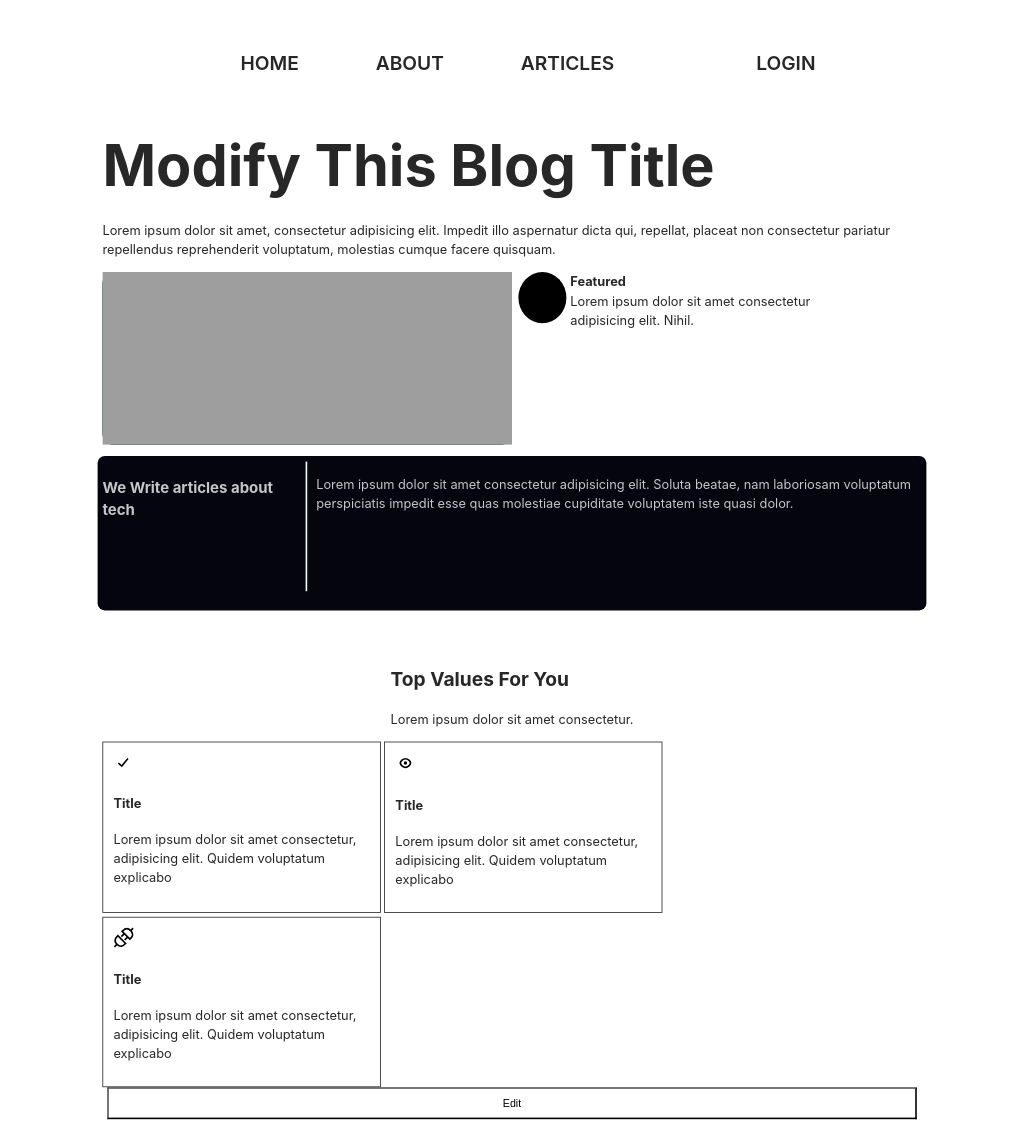
Repository: ValGrace/-static-site
Page: /home (app in client/)
An editor plug-in stored every save of this project. The page is shown before and after the next save, followed by the edit.
The browser window is 1280 px wide. The pictures show the whole page, at 80% of full size.
Pictures or frames that could not be fetched are drawn as grey boxes. The project was rebuilt for these pictures with package versions that can differ from the ones it lists, and the page was loaded fresh each time. Also part of the build but not shown: client/vite.config.js, client/src/Utils/appwrite.js, client/src/Components/Login.jsx, client/src/Components/Signup.jsx, client/src/Components/InfoPage.css, client/src/Pages/aboutPage.jsx, client/src/Pages/Articles.jsx.

Above is the page before, as saved 2023-02-13 05:43:16.

### client/src/main.jsx
import React from 'react'
import ReactDOM from 'react-dom/client'
import App from './App'
import './index.css'
import { BrowserRouter } from 'react-router-dom'
ReactDOM.createRoot(document.getElementById('root')).render(
  <React.StrictMode>
    <BrowserRouter>
    <App />
    </BrowserRouter>
  </React.StrictMode>,
)

### client/src/App.jsx
import PageRouter from './Routing/PageRouter'
import './App.css'

function App() {


  return (
    <div className="App">
      <PageRouter />
    </div>
  )
}

export default App

### client/src/index.css
:root {
  font-family: Inter, system-ui, Avenir, Helvetica, Arial, sans-serif;
  line-height: 1.5;
  font-weight: 400;

  color-scheme: light dark;
  color: rgba(7, 7, 7, 0.87);
  background-color: #ffffff;

  font-synthesis: none;
  text-rendering: optimizeLegibility;
  -webkit-font-smoothing: antialiased;
  -moz-osx-font-smoothing: grayscale;
  -webkit-text-size-adjust: 100%;
}

/* a {
  font-weight: 500;
  color: #646cff;
  text-decoration: inherit;
}
a:hover {
  color: #535bf2;
}

body {
  margin: 0;
  display: flex;
  place-items: center;
  min-width: 320px;
  min-height: 100vh;
}

h1 {
  font-size: 3.2em;
  line-height: 1.1;
}

button {
  border-radius: 8px;
  border: 1px solid transparent;
  padding: 0.6em 1.2em;
  font-size: 1em;
  font-weight: 500;
  font-family: inherit;
  background-color: #1a1a1a;
  cursor: pointer;
  transition: border-color 0.25s;
}
button:hover {
  border-color: #646cff;
}
button:focus,
button:focus-visible {
  outline: 4px auto -webkit-focus-ring-color;
}

@media (prefers-color-scheme: light) {
  :root {
    color: #213547;
    background-color: #ffffff;
  }
  a:hover {
    color: #747bff;
  }
  button {
    background-color: #f9f9f9;
  }
} */

### client/src/Routing/PageRouter.jsx
import Dashboard from "../Pages/Dashboard";
import HomePage from "../Pages/HomePage";
import { Routes, Route} from "react-router-dom"
import AboutPage from "../Pages/aboutPage";
import Articles from "../Pages/Articles";
const PageRouter = () => {
    return (
        <Routes>
            <Route path="/" element={<Dashboard />} />
            <Route path="/home" element={<HomePage />} />
            <Route path="/about" element={<AboutPage />} />
            <Route path="/articles" element={<Articles />} />

        </Routes>
    )
}

export default PageRouter

### client/src/App.css
.App {
  display: flex;
  flex-direction: column;
  justify-content: center;
  align-items: center;
}

### client/src/Pages/Dashboard.jsx
import React, { useReducer} from 'react'
import Login from '../Components/Login'
import Signup from '../Components/Signup'
import "../Components/Inputs.css"
const initialState = {page : <Login />}
function reducer(state, action) {
    switch(action.type) {
        case 'loginpage':
          return { page: <Login />}
        case 'signuppage':
            return { page: <Signup />}
        default:
            return { page: <h2>Loading....</h2>}
    }
}
const Dashboard = () => {
    const [state, dispatch] = useReducer(reducer, initialState)
    return (
        <div className='dashboard'>
         <h2>Static Site Generator</h2>
         <div>Static site Image</div>
         <div className='dash' id='dash'>
            <div className='toggleForms'>
                <button onClick={() => dispatch({type: 'loginpage'})} className="type-btn">Login</button>
                <button onClick={() => dispatch({type: 'signuppage'})} className="type-btn">Signup</button>
                </div>
            <React.Fragment>{state.page}</React.Fragment>

            <button id="auth-btns">Login with Github account</button>
            <button id="auth-btns">Login with Google account</button>
         </div>
       </div>
    )
}

export default Dashboard

### client/src/Pages/HomePage.jsx
import { useState, useEffect } from "react"
import Navbar from "../Components/Navbar"

import HomeSection from "../Components/HomeSection"
import TopSection from "../Components/TopSection"
import { HomeContext } from "../MdFiles/MdFileContext"

const HomePage = () => {
    const [markdown, setMarkdown] = useState(HomeContext)
    // useEffect(() => {
    //     fetch(HomeContext)
    //        .then((res) => res.text())
    //        .then((text) => setMarkdown(text))
    // })
    const [editor, setEditor] = useState(false)
    const editMdFile =(event) => {
        setMarkdown(event.target.value)
    }

    const viewEditor = () => {
       setEditor(true)
    }
    return (
        <>
         <Navbar />
         <TopSection />
         <HomeSection />
         <button onClick={viewEditor}>Edit</button>
         {editor &&
         <div className="md-edit">
            <textarea value={markdown} onChange={editMdFile} />
            {/* <ReactMarkdown>`${markdown}`</ReactMarkdown>  */}
            <div className="md-btns">
                <button id="md-btn" onClick={() => setEditor(false)}>Cancel</button>
                <button id="md-btn">Save</button>
            </div>
         </div>
}
        </>
    )
}

export default HomePage

### client/src/Components/Inputs.css
form, #dash {
    width: 80vw;
}
.signupForm, .dash, .dashboard {
   display: flex;
   flex-direction: column;
   justify-content: center;
   align-items: center;
   gap: 0.8em;
}

input, button {
    width: 80%;
    height: 3em;
    background-color: transparent;
    color: black;
}

#sign {
   width: 40vw;
}

.toggleForms {
    display: grid;
    grid-template-columns: 50% 50%;
    gap: 0.4em;
    justify-content: center;
    align-items: center;
}

.type-btn {
    background-color: rgb(2, 2, 133);
    border: none;
    width: 20vw;
    border-radius: 8px;
    text-transform: uppercase;
    color: aliceblue;
    font-weight: 700;
}

.type-btn:hover {
   background-color: rgb(1, 1, 22);
}

#auth-btns {
    text-transform: uppercase;
    font-weight: 700;
}

### client/src/Components/Navbar.jsx
import { useState } from "react"
import {HiBars3BottomLeft} from 'react-icons/hi2'
import { FaTimes} from 'react-icons/fa'
import "./Navbar.css"
const Navbar = () => {
    const [clickbar, setClickbar] = useState(false)
    return (
           <>


        <nav id="bar" onClick={()=>setClickbar
        (!clickbar)}>{clickbar ? <>
           <FaTimes size="2em"/>

            <ul>
                <li>home</li>
                <li>about</li>
                <li>articles</li>
                <li>Login</li>
            </ul>

        </>: <HiBars3BottomLeft size="2em"/>}
        </nav>

        <nav id="pages">
        <ul>
                <li>home</li>
                <li>about</li>
                <li>articles</li>
            </ul>
            <ul>
                <li>Login</li>
            </ul>

</nav>
        </>
    )
}

export default Navbar

### client/src/Components/HomeSection.jsx
import { GrAction, GrFormView, GrFormCheckmark} from 'react-icons/gr'
const HomeSection = () => {
   return (
    <>
    <div>
    <h2>Top Values For You</h2>
    <p>Lorem ipsum dolor sit amet consectetur.</p>
    </div>
    <div className="value-section">
        <div className="single-value">
            <div id="icon-section">
                <GrFormCheckmark size="1.5em" color='green' />
            </div>
            <h4>Title</h4>
            <p>Lorem ipsum dolor sit amet consectetur, adipisicing elit. Quidem voluptatum explicabo</p>
        </div>
        <div className="single-value">
            <div id="icon-section">
                <GrFormView size="1.6em" color='green' />
            </div>
            <h4>Title</h4>
            <p>Lorem ipsum dolor sit amet consectetur, adipisicing elit. Quidem voluptatum explicabo</p>
        </div>
        <div className="single-value">
            <div id="icon-section">
                <GrAction size="1.6em" color='green'/>
            </div>
            <h4>Title</h4>
            <p>Lorem ipsum dolor sit amet consectetur, adipisicing elit. Quidem voluptatum explicabo</p>
        </div>
    </div>
    </>
   )
}

export default HomeSection

### client/src/Components/TopSection.jsx
const TopSection = () => {
    return (
      <>
      <div className="top-text" id="top-text">
      <h2>Modify this blog title</h2>
      <p>Lorem ipsum dolor sit amet, consectetur adipisicing elit. Impedit illo aspernatur dicta qui, repellat, placeat non consectetur pariatur repellendus reprehenderit voluptatum, molestias cumque facere quisquam.</p>
      </div>
      <div className="head-section">
        <div className="head-img">
            <img src="https://images.pexels.com/photos/577585/pexels-photo-577585.jpeg?auto=compress&cs=tinysrgb&w=1260&h=750&dpr=1" alt="sec-photo" />
        </div>
        <div className="side-section">
            <div className="side-img">
                <img src="" alt=""/>
            </div>
            <div className="side-blogs">
                <h4>Featured</h4>
                <p>Lorem ipsum dolor sit amet consectetur adipisicing elit. Nihil.</p>
            </div>
        </div>
      </div>
      <div className="site-descr">
        <h3>We Write articles about tech</h3>
        <div className="site-sep"></div>
        <p>Lorem ipsum dolor sit amet consectetur adipisicing elit. Soluta beatae, nam laboriosam voluptatum perspiciatis impedit esse quas molestiae cupiditate voluptatem iste quasi dolor.</p>
      </div>
      </>
    )
}

export default TopSection

### client/src/MdFiles/MdFileContext.js


export const HomeContext = `
---
title: Modify this Blog Title
side-blog-title: Title
content: Lorem ipsum dolor sit amet consectetur adipisicing elit. Soluta beatae, nam laboriosam voluptatum perspiciatis impedit esse quas molestiae cupiditate voluptatem iste quasi dolor.
---
Lorem ipsum dolor sit amet, consectetur adipisicing elit. Impedit illo aspernatur dicta qui, repellat, placeat non consectetur pariatur repellendus reprehenderit voluptatum, molestias cumque facere quisquam.

## Top Values For You
### Lorem ipsum dolor sit amet consectetur

### Title
Lorem ipsum dolor sit amet consectetur, adipisicing elit. Quidem voluptatum explicabo aspernatur sequi asperiores exercitationem ea nemo impedit corrupti officiis?

### Title
Lorem ipsum dolor sit amet consectetur, adipisicing elit. Quidem voluptatum explicabo aspernatur sequi asperiores exercitationem ea nemo impedit corrupti officiis?

### Title
Lorem ipsum dolor sit amet consectetur, adipisicing elit. Quidem voluptatum explicabo aspernatur sequi asperiores exercitationem ea nemo impedit corrupti officiis?`

### client/src/Components/Navbar.css
nav {
    width: 70vw;
    height: 20vh;
    display: flex;
}

nav > ul{
  display: flex;
  flex-direction: row;
  text-transform: uppercase;
  list-style-type: none;
  justify-content: center;
  align-items: center;
  gap: 4em;
  font-weight: 600;
  font-size: 1.5rem;
  flex-grow: 1;
}

#top-text {
    width: 80vw;
}

#top-text > h2 {
    font-size: 4.5rem;
    text-transform: capitalize;
    margin: 0;
    /* float: left; */
}

#top-text > p {
    float: right;

}

.head-section {
    display: flex;
    width: 80vw;
    gap: 0.5em;
    flex-wrap: wrap;
}

.head-img {
    background-color: rgb(1, 51, 51);
    width: 50%;
    border-radius: 0.9em;
    height: 30vh;
}

.head-img > img {
    width: 100%;
    height: 100%;
}

.side-section {
    display: flex;
    flex-direction: row;
    gap: 0.3rem;
    width: 40%;
}

.side-img {
    background-color: black;
    width: 5rem;
    height: 4rem;
    border-radius: 50%;
}

.side-blogs > h4, .side-blogs > p {
    margin: 0;
}

.site-descr {
    width: 80vw;
    background-color: rgba(1, 1, 12, 0.979);
    color: rgba(255, 255, 255, 0.767);
    border-radius: 9px;
    margin-top: 0.9rem;
    display: flex;
    /* gap: 0.4rem; */
    padding: 0.4rem;
    height: 25vh;
    margin-bottom: 3em;
}

#pages > ul {

    flex-direction: column;
}

.site-descr > p {
    width: 75%;
}
.site-sep {
    width: 0.1rem;
    height: 90%;
    background-color: azure;
    margin-right: 0.7rem;
}


.value-section {
   width: 80vw;
    display: flex;
    gap: 0.3rem;
    flex-wrap: wrap;
}

.single-value {
    border: 0.9px solid rgba(0, 0, 0, 0.87);
    padding: 0.8em;
    width: 20rem;
}

@media screen and (min-width: 1200px) {
    #bar {
      display: none;
    }
    #pages > ul{
        flex-direction: row;
    }

  }

@media screen and (max-width: 1200px) {
    #pages {
      display: none;
    }
   #bar {
        flex-direction: column;

    }
    #bar > ul {
        flex-direction: column;
        gap: 2em;
        background-color: rgba(255, 255, 255, 0.979);
        color: rgb(2, 6, 56);
        width: 90vw;
        height: 70vh;
        position: absolute;
        top: 0;
        right: 0;
    }
}

Loaded but not shown: client/index.html (common file)

After the next save:
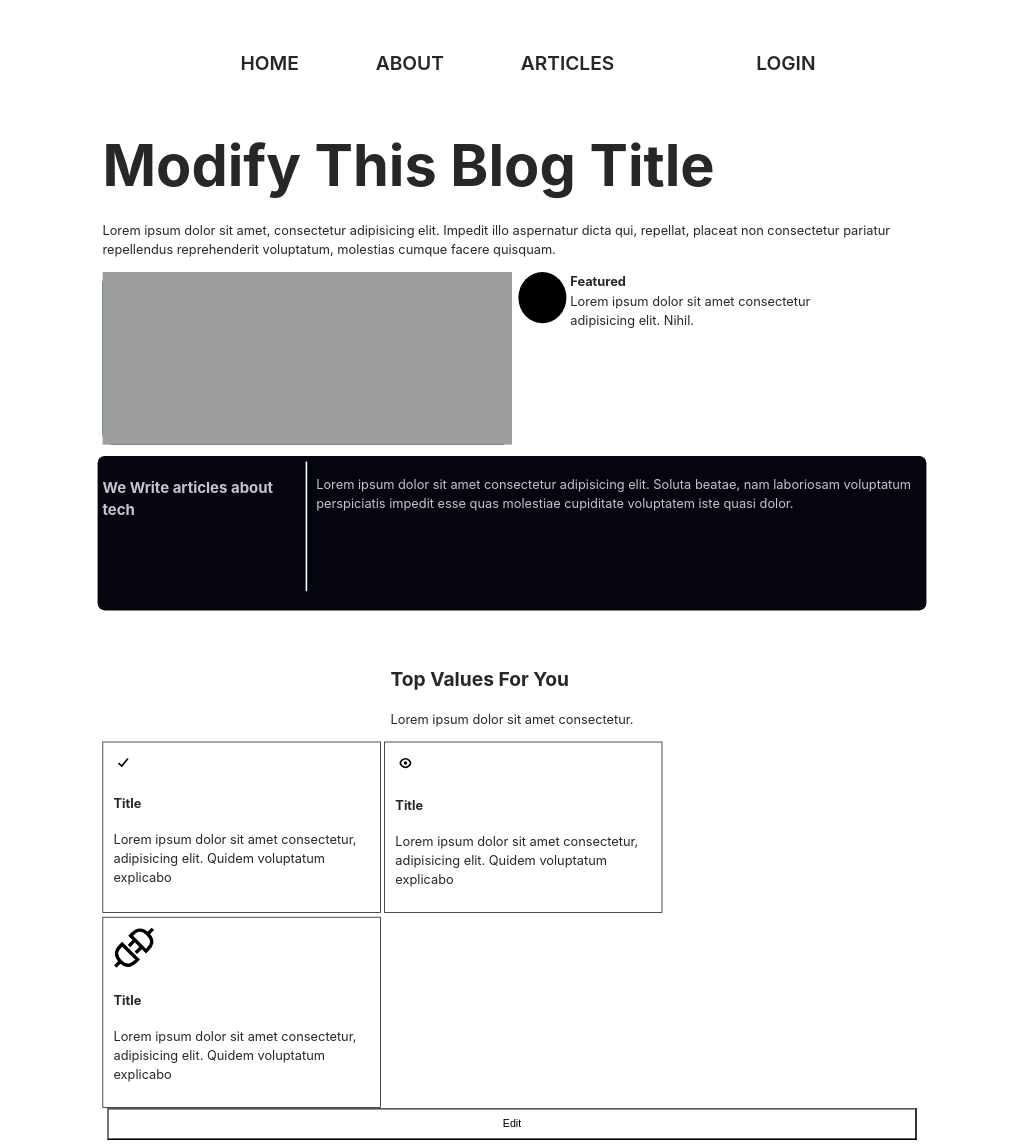
Saved 20 s later.
--- a/client/src/Components/HomeSection.jsx
+++ b/client/src/Components/HomeSection.jsx
@@ -23,7 +23,7 @@ const HomeSection = () => {
         </div>
         <div className="single-value">
             <div id="icon-section">
-                <GrAction size="1.6em" color='green'/>
+                <GrAction size="3.2em" color='green'/>
             </div>
             <h4>Title</h4>
             <p>Lorem ipsum dolor sit amet consectetur, adipisicing elit. Quidem voluptatum explicabo</p>
